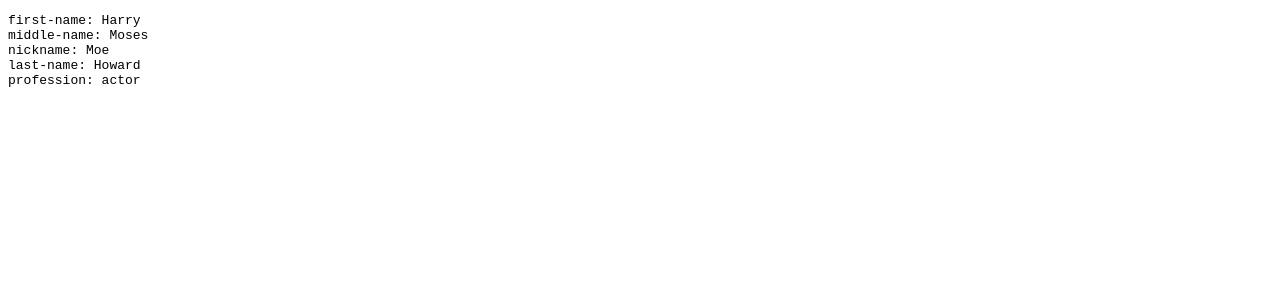
Repository: nilvon9wo/StudyForJavaScriptD3
Page: JavaScriptGoodParts/HTML5Application/public_html/stooges.html
An editor plug-in stored every save of this project. The page is shown before and after the next save, followed by the edit.
The browser window is 1280 px wide. The pictures show the whole page.

Above is the page before, as saved 2016-06-30 21:07:10.

After the next save:
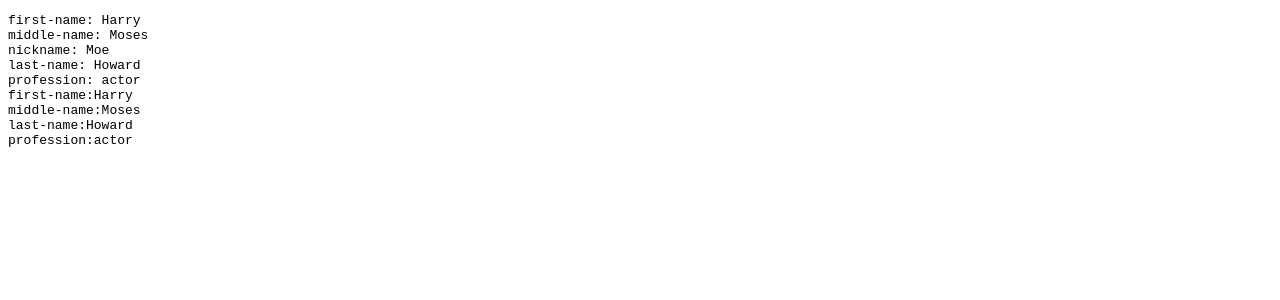
Saved 84 s later.
--- a/JavaScriptGoodParts/HTML5Application/public_html/scripts/etc/stooges.js
+++ b/JavaScriptGoodParts/HTML5Application/public_html/scripts/etc/stooges.js
@@ -27,3 +27,8 @@ for (var name in another_stooge){
 		document.writeln(name + ': ' + another_stooge[name]);
 	}
 }
+
+var properties = [ 'first-name', 'middle-name', 'last-name', 'profession' ];
+for (var i = 0; i < properties.length; i += 1){
+	document.writeln(properties[i] + ':' +  another_stooge[properties[i]]);
+}

After the save that followed:
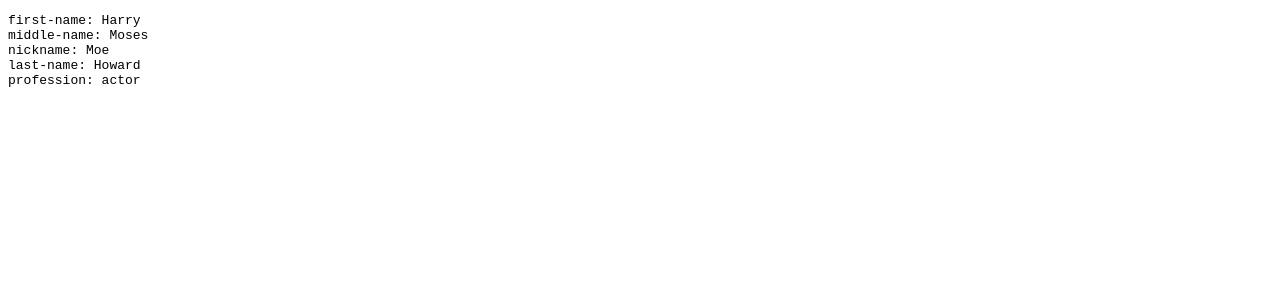
Console error: TypeError: properties.foreach is not a function
Saved 2 min 8 s later.
--- a/JavaScriptGoodParts/HTML5Application/public_html/scripts/etc/stooges.js
+++ b/JavaScriptGoodParts/HTML5Application/public_html/scripts/etc/stooges.js
@@ -29,6 +29,6 @@ for (var name in another_stooge){
 }
 
 var properties = [ 'first-name', 'middle-name', 'last-name', 'profession' ];
-for (var i = 0; i < properties.length; i += 1){
-	document.writeln(properties[i] + ':' +  another_stooge[properties[i]]);
-}
+properties.foreach(function(property){
+	document.writeln(property + ':' +  another_stooge[property]);
+});
